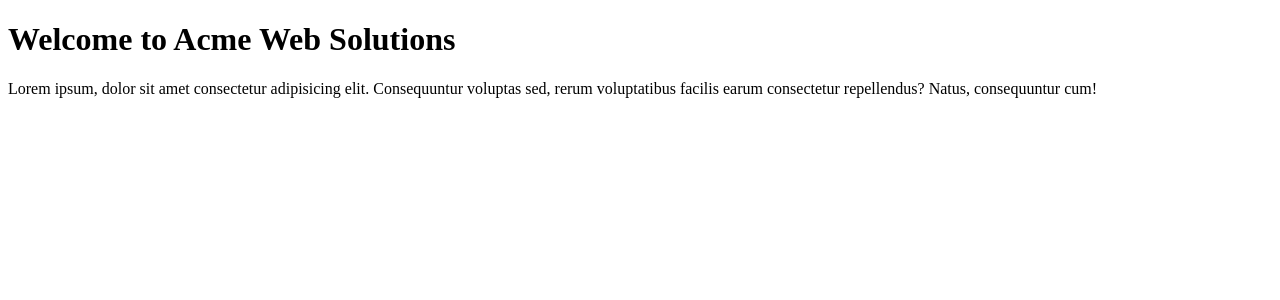
Repository: ErikBaer/MobileFirst
Page: index.html
An editor plug-in stored every save of this project. The page is shown before and after the next save, followed by the edit.
The browser window is 1280 px wide. The pictures show the whole page.

Above is the page before, as saved 2020-02-15 01:59:03.

After the next save:
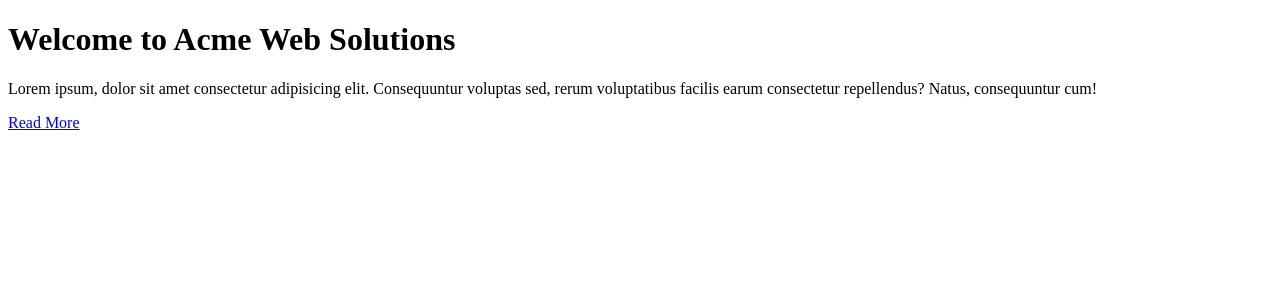
Saved 41 s later.
--- a/index.html
+++ b/index.html
@@ -14,5 +14,6 @@
          Consequuntur voluptas sed, rerum voluptatibus facilis
          earum consectetur repellendus? Natus, consequuntur cum!
         </p>
+    <a href="#section-b" class="btn">Read More</a>
 </body>
 </html>
